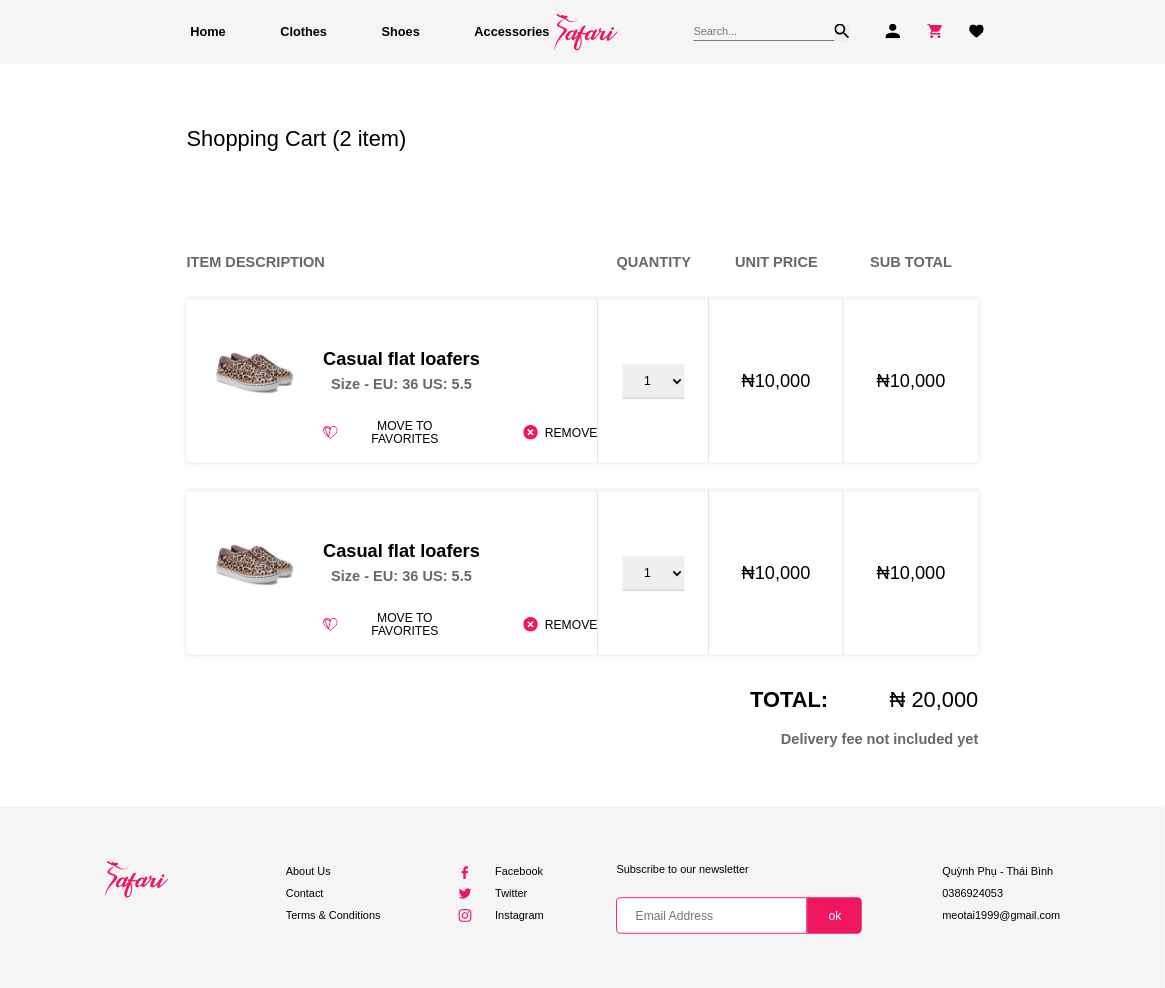
Repository: tboy1999/safari
Page: views/cart.html
These files come from the project's save history. The page is drawn as it stood at one moment and after the next save; the edit follows.
The browser window is 1280 px wide. The pictures show the whole page, at 91% of full size.
Some web libraries are served in a nearby version. The style sheet was rebuilt from its Sass, Less or Tailwind sources for each picture, by a compiler version that may differ from the author's.

Above is the page before, as saved 2022-04-28 14:30:18.

After the next save:
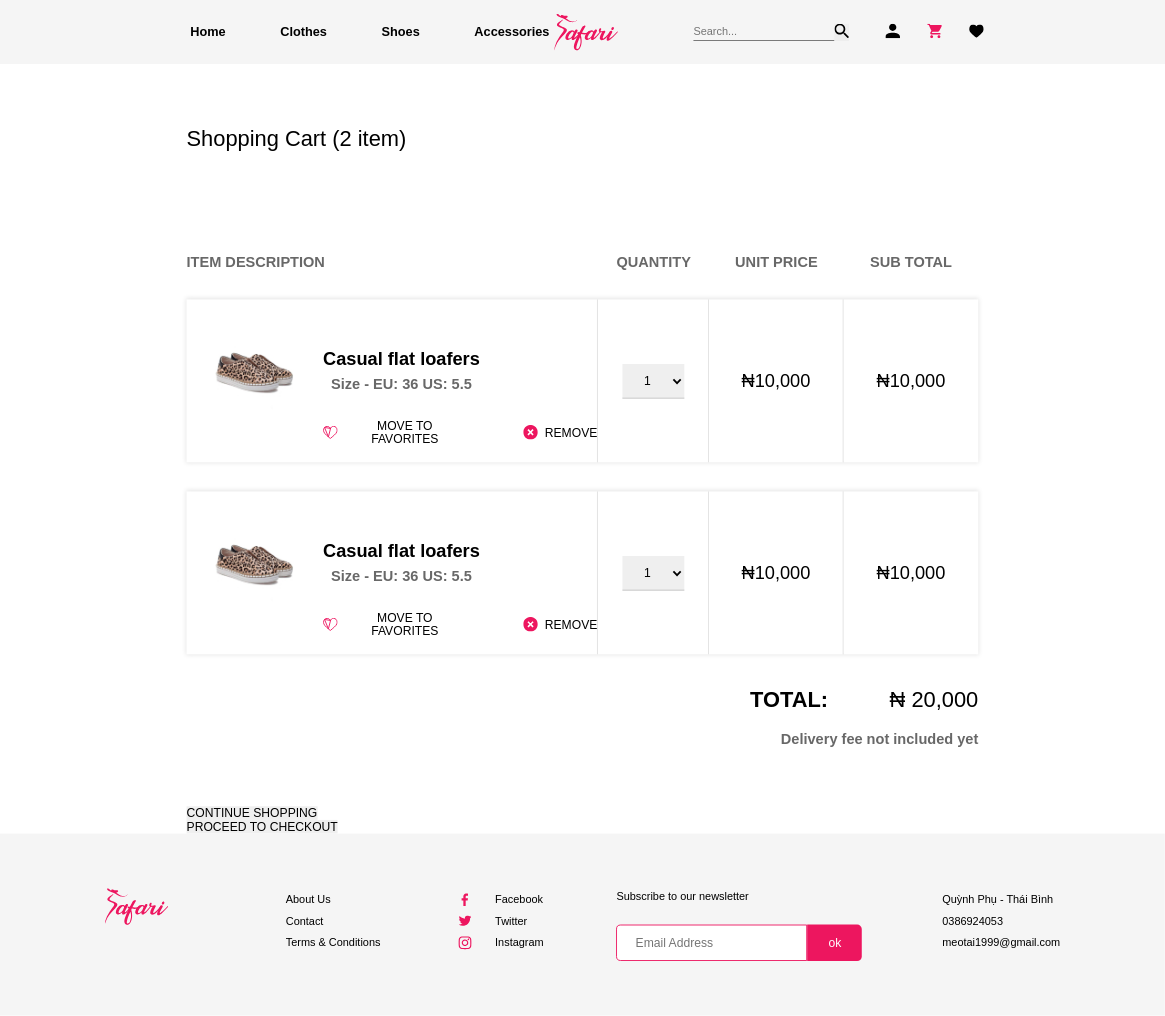
Saved 2 min 3 s later.
--- a/views/cart.html
+++ b/views/cart.html
@@ -117,13 +117,17 @@
             </tr>
           </tbody>
         </table>
-      <div class="cart__price">
-        <div class="cart__money facenter">
-          <h3 class="fz24-fw600">TOTAL:</h3>
-          <h4 class="fz24">₦ 20,000</h4>
+        <div class="cart__price">
+          <div class="cart__money facenter">
+            <h3 class="fz24-fw600">TOTAL:</h3>
+            <h4 class="fz24">₦ 20,000</h4>
+          </div>
+          <p class="fz16">Delivery fee not included yet</p>
         </div>
-        <p class="fz16">Delivery fee not included yet</p>
-      </div>
+        <div class="cart__button fz18">
+          <button>CONTINUE SHOPPING</button>
+          <button>PROCEED TO CHECKOUT</button>
+        </div>
       </div>
     </div>
   </main>
